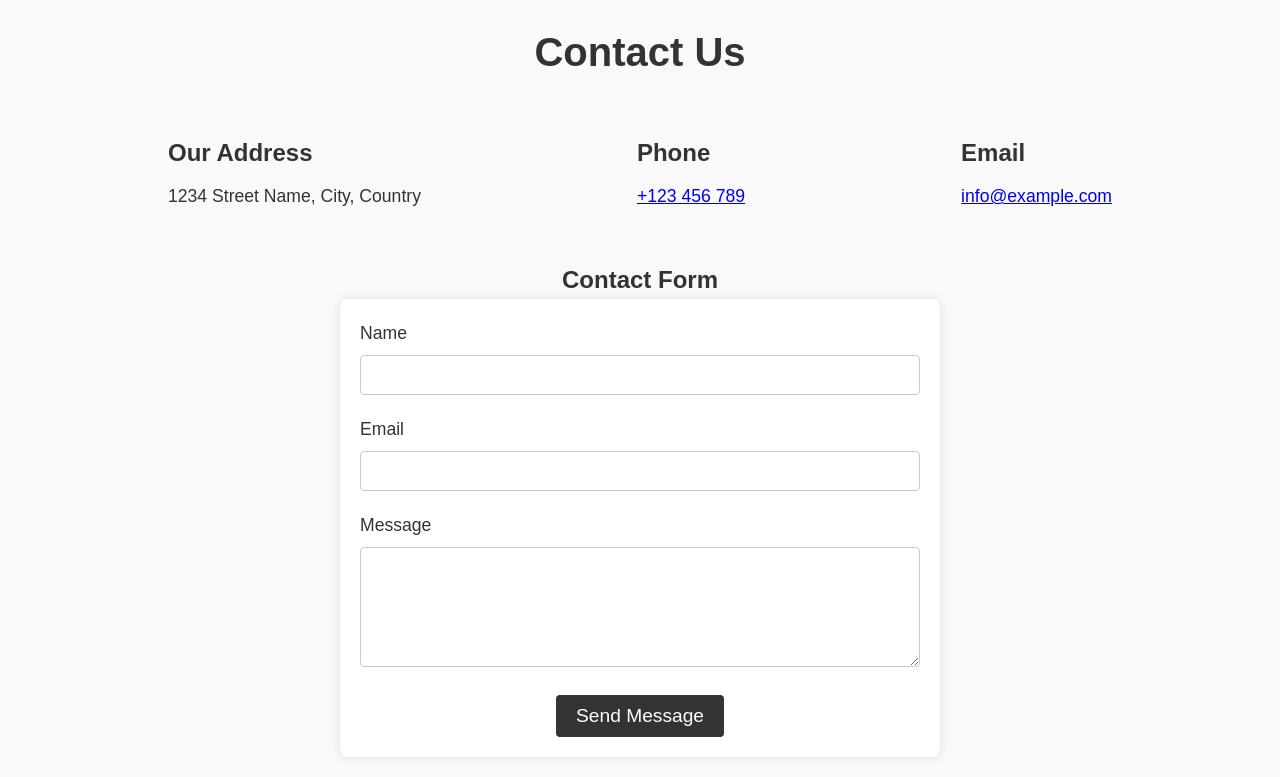
Repository: leerichie/kozi
Page: index.html
An editor plug-in stored every save of this project. The page is shown before and after the next save, followed by the edit.
The browser window is 1280 px wide. The pictures show the whole page.

Above is the page before, as saved 2024-10-24 18:43:46.

### index.html
<!DOCTYPE html>
<html lang="en">

<head>
    <meta charset="UTF-8">
    <meta name="viewport" content="width=device-width, initial-scale=1.0">
    <meta http-equiv="X-UA-Compatible" content="IE=edge">
    <link rel="stylesheet" href="css/styles.css">
    <title>Contact Form</title>
</head>

<body>
    <div class="container">
        <div class="contact-header">
            <h1>Contact Us</h1>
        </div>
        <div class="contact-info">
            <div class="address">
                <h2>Our Address</h2>
                <p>1234 Street Name, City, Country</p>
            </div>
            <div class="phone">
                <h2>Phone</h2>
                <p><a href="tel:+123456789">+123 456 789</a></p>
            </div>
            <div class="email">
                <h2>Email</h2>
                <p><a href="mailto:info@example.com">info@example.com</a></p>
            </div>
        </div>

        <div class="form-container">
            <h2>Contact Form</h2>
            <form action="#" method="POST" class="contact-form">
                <div class="form-group">
                    <label for="name">Name</label>
                    <input type="text" id="name" name="name" required>
                </div>
                <div class="form-group">
                    <label for="email">Email</label>
                    <input type="email" id="email" name="email" required>
                </div>
                <div class="form-group">
                    <label for="message">Message</label>
                    <textarea id="message" name="message" required></textarea>
                </div>
                <button type="submit" class="submit-btn">Send Message</button>
            </form>
        </div>
    </div>
</body>

</html>

### css/styles.css
@font-face {
  font-family: "Delius";
  src: url("/fonts/Delius-Regular.ttf") format("truetype");
  font-weight: normal;
  font-style: normal;
}

@font-face {
  font-family: "Merriweather";
  src: url("/fonts/Kranky-Regular.ttf") format("truetype");
  font-weight: bold;
  font-style: normal;
}

@font-face {
  font-family: "Lora";
  src: url("/fonts/LeckerliOne-Regular.ttf") format("truetype");
  font-weight: normal;
  font-style: italic;
}

* {
  margin: 0;
  padding: 0;
  box-sizing: border-box;
}

body {
  font-family: Arial, sans-serif;
  line-height: 1.6;
  background-color: #f9f9f9;
  color: #333;
  padding: 0 20px;
}

.container {
  max-width: 1200px;
  margin: 0 auto;
  padding: 20px;
}

.contact-header {
  text-align: center;
  margin-bottom: 40px;
}

.contact-header h1 {
  font-size: 2.5rem;
}

.contact-info {
  display: flex;
  justify-content: space-around;
  margin-bottom: 40px;
  flex-wrap: wrap;
}

.contact-info div {
  margin: 10px;
}

.contact-info h2 {
  font-size: 1.5rem;
  margin-bottom: 10px;
}

.contact-info p {
  font-size: 1.1rem;
}

.form-container {
  text-align: center;
}

.contact-form {
  max-width: 600px;
  margin: 0 auto;
  padding: 20px;
  background-color: #fff;
  box-shadow: 0 0 10px rgba(0, 0, 0, 0.1);
  border-radius: 8px;
}

.form-group {
  margin-bottom: 20px;
  text-align: left;
}

.form-group label {
  display: block;
  margin-bottom: 8px;
  font-size: 1.1rem;
}

.form-group input,
.form-group textarea {
  width: 100%;
  padding: 10px;
  border: 1px solid #ccc;
  border-radius: 4px;
  font-size: 1rem;
}

textarea {
  min-height: 120px;
}

.submit-btn {
  background-color: #333;
  color: #fff;
  padding: 10px 20px;
  border: none;
  border-radius: 4px;
  font-size: 1.2rem;
  cursor: pointer;
}

.submit-btn:hover {
  background-color: #555;
}

/* Mobile Styles */
@media (max-width: 768px) {
  .contact-info {
    flex-direction: column;
    align-items: center;
  }

  .contact-header h1 {
    font-size: 2rem;
  }

  .contact-info h2 {
    font-size: 1.3rem;
  }

  .contact-info p {
    font-size: 1rem;
  }

  .contact-form {
    padding: 15px;
  }
}

After the next save:
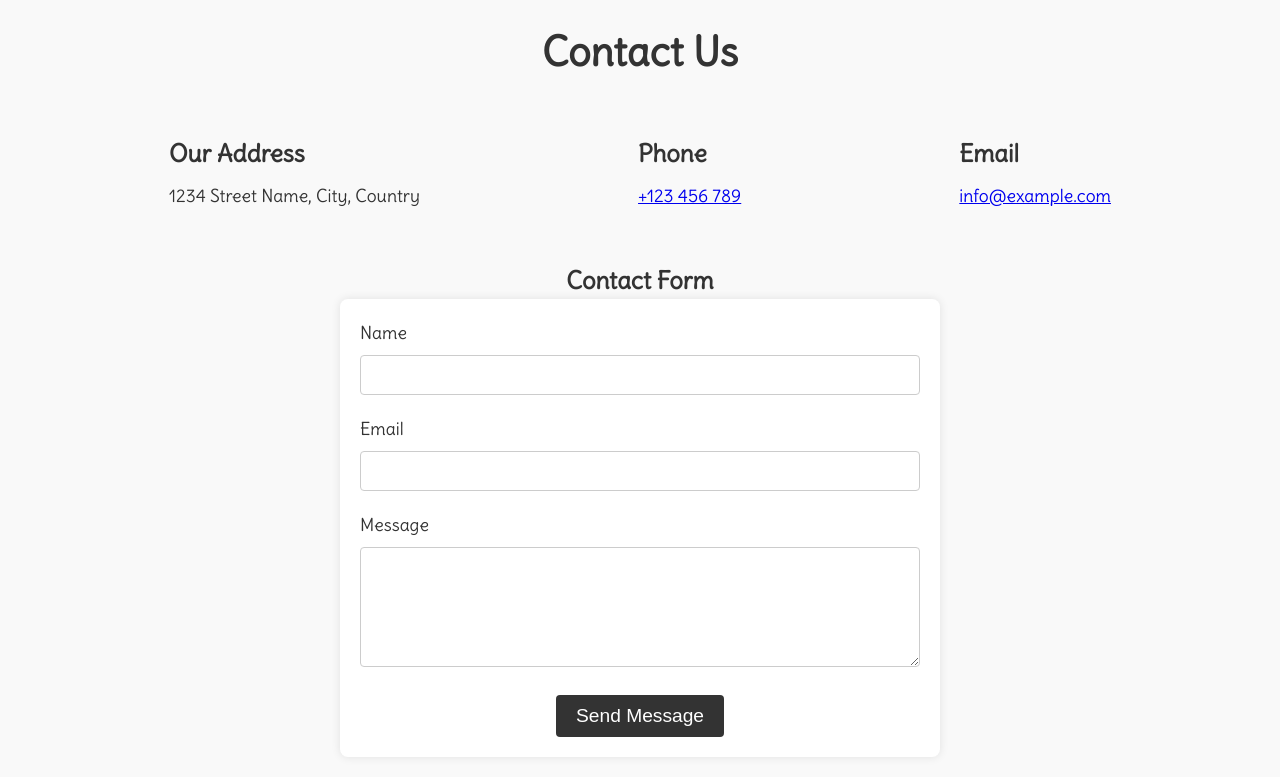
Saved 20 s later.
--- a/css/styles.css
+++ b/css/styles.css
@@ -26,7 +26,7 @@
 }
 
 body {
-  font-family: Arial, sans-serif;
+  font-family: "Delius";
   line-height: 1.6;
   background-color: #f9f9f9;
   color: #333;
